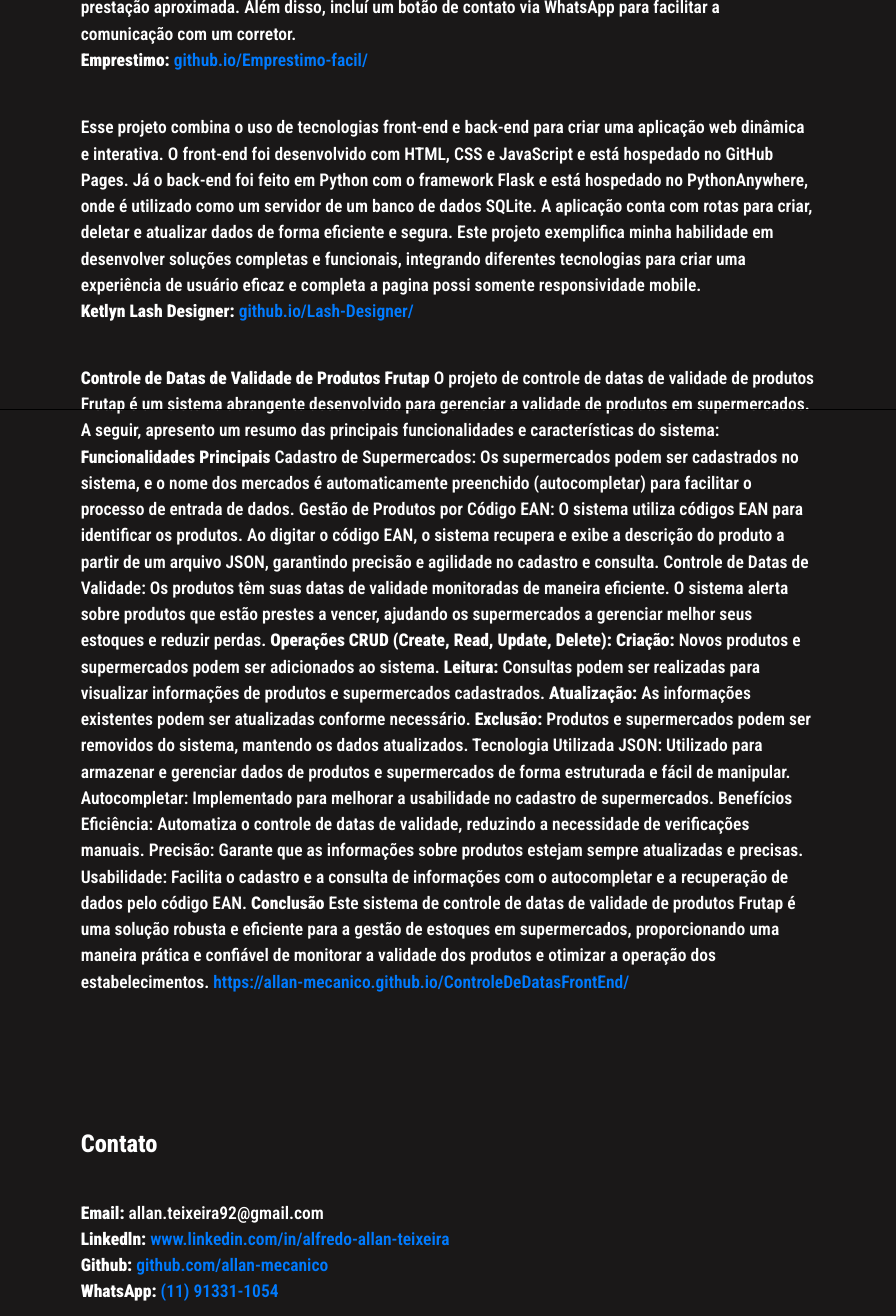
Repository: alfredo-allan/Portfolio
Page: index.html
These files come from the project's save history. The page is drawn as it stood at one moment and after the next save; the edit follows.
The browser window is 1280 px wide. The pictures show the part of the page from y = 2320 to 4240 px (the page is 4200 px tall before and 4240 px after), at 70% of full size.

Above is the page before, as saved 2024-05-26 19:09:35.

### index.html
<!DOCTYPE html>
<html lang="pt-BR">
  <head>
    <meta charset="UTF-8" />
    <meta name="viewport" content="width=device-width, initial-scale=1.0" />
    <link
      rel="stylesheet"
      href="https://stackpath.bootstrapcdn.com/bootstrap/4.1.3/css/bootstrap.min.css"
      integrity="sha384-MCw98/SFnGE8fJT3GXwEOngsV7Zt27NXFoaoApmYm81iuXoPkFOJwJ8ERdknLPMO"
      crossorigin="anonymous"
    />
    <link rel="stylesheet" href="./src/assets/styles/home.css" />
    <link
      href="https://fonts.googleapis.com/css2?family=Roboto+Condensed:ital,wght@0,100..900;1,100..900&display=swap"
      rel="stylesheet"
    />

    <title>Portfolio</title>
    <div class="foto-perfil">
      <img src="./src/assets/images/foto-perfil.jpeg" alt="Minha Foto" />
    </div>
    <div class="menu">
      <ul>
        <li><a href="#Sobre">Sobre</a></li>
        <li><a href="#Conhecimento">Conhecimento</a></li>
        <li><a href="#Contato">Contato</a></li>
        <li><a href="#Projetos">Projetos</a></li>
        <li><a href="#Atividades">Atividades Faculdade</a></li>
        <li><a href="./curriculo.html">Currículo</a></li>
      </ul>
    </div>
    <div class="container" id="Sobre">
      <h2>Sobre</h2>
      <p>
        Meu nome é Alfredo Allan, e sou um profissional dedicado e apaixonado
        por tecnologia. Possuo experiência e conhecimento em diversos cursos e
        treinamentos, tais como Shell Script, introdução ao sistema operacional
        Linux, programação para internet com JavaScript, recriação da página do
        Instagram, criação de sites com HTML5 e CSS3, Git e GitHub, estruturas
        de algoritmos, lógica e programação essencial. Além disso, também possuo
        certificações em engenharia social e phishing, e sou um usuário
        experiente de Linux. Tenho um projeto pessoal de uma página de
        empréstimo no GitHub, onde aplico meus conhecimentos e habilidades de
        programação e web design. Estou sempre em busca de aprendizado e novos
        desafios, e estou confiante de que posso contribuir de forma
        significativa para sua equipe. Estou ansioso para mostrar como minhas
        habilidades e experiências podem agregar valor à sua empresa.
      </p>
    </div>
    <div id="Conhecimento">
      <h2>Conhecimento</h2>
      <p>
        Cursando Analise e desenvolvimento de sistemas <br />
        Shell script - manipulando arquivos <br />
        Introdução ao sistema operacional linux <br />
        Programação para internet com javascritp <br />
        Recriando a pagina do instagram <br />
        Imersão front-end Alura <br />
        Introdução a criação de sites com HTML 5 E CSS3 <br />
        Introdução ao git eo github <br />
        O que são estruturas de algoritimo <br />
        Logica e programação essencial <br />
        Engenharia social e phishing <br />
      </p>
    </div>

    <div id="sistemas">
      <h2>Sistemas Operacionais</h2>
      <p>
        Como usuário de Linux, possuo conhecimento em pacotes gerenciadores como
        apt e yum, bem como em servidores Apache. Sou capaz de estabelecer
        conexões SSH, gerar chaves públicas, e possuo boas práticas no uso do
        terminal de comandos. Além disso, possuo habilidades avançadas em
        instalação e configuração de sistemas operacionais, inclusive na
        manipulação de variáveis de ambiente como o PATH. Estas competências são
        fundamentais para garantir um ambiente de trabalho eficiente e seguro.
      </p>
    </div>
    <div id="Projetos">
      <h2>Projetos</h2>
      <p>
        Desenvolvi uma página web responsiva utilizando Bootstrap 5, HTML e CSS.
        A página possui uma simulação de empréstimo, onde o usuário pode
        escolher o número de meses para financiar e ver uma prestação
        aproximada. Além disso, incluí um botão de contato via WhatsApp para
        facilitar a comunicação com um corretor. <br />
        <strong>Emprestimo:</strong
        ><a href="https://allan-mecanico.github.io/Emprestimo-facil/index.html">
          github.io/Emprestimo-facil/
        </a>
      </p>
      <p>
        Esse projeto combina o uso de tecnologias front-end e back-end para
        criar uma aplicação web dinâmica e interativa. O front-end foi
        desenvolvido com HTML, CSS e JavaScript e está hospedado no GitHub
        Pages. Já o back-end foi feito em Python com o framework Flask e está
        hospedado no PythonAnywhere, onde é utilizado como um servidor de um
        banco de dados SQLite. A aplicação conta com rotas para criar, deletar e
        atualizar dados de forma eficiente e segura. Este projeto exemplifica
        minha habilidade em desenvolver soluções completas e funcionais,
        integrando diferentes tecnologias para criar uma experiência de usuário
        eficaz e completa a pagina possi somente responsividade mobile. <br />
        <strong>Ketlyn Lash Designer:</strong
        ><a href="https://allan-mecanico.github.io/Lash-Designer/">
          github.io/Lash-Designer/
        </a>
      </p>
      <p>
        <strong>Controle de Datas de Validade de Produtos Frutap</strong>
        O projeto de controle de datas de validade de produtos Frutap é um
        sistema abrangente desenvolvido para gerenciar a validade de produtos em
        supermercados. A seguir, apresento um resumo das principais
        funcionalidades e características do sistema:

        <strong>Funcionalidades Principais</strong>
        Cadastro de Supermercados: Os supermercados podem ser cadastrados no
        sistema, e o nome dos mercados é automaticamente preenchido
        (autocompletar) para facilitar o processo de entrada de dados. Gestão de
        Produtos por Código EAN: O sistema utiliza códigos EAN para identificar
        os produtos. Ao digitar o código EAN, o sistema recupera e exibe a
        descrição do produto a partir de um arquivo JSON, garantindo precisão e
        agilidade no cadastro e consulta. Controle de Datas de Validade: Os
        produtos têm suas datas de validade monitoradas de maneira eficiente. O
        sistema alerta sobre produtos que estão prestes a vencer, ajudando os
        supermercados a gerenciar melhor seus estoques e reduzir perdas.
        <strong>Operações CRUD (Create, Read, Update, Delete):</strong>

        <strong>Criação:</strong> Novos produtos e supermercados podem ser
        adicionados ao sistema. <strong>Leitura:</strong> Consultas podem ser
        realizadas para visualizar informações de produtos e supermercados
        cadastrados. <strong>Atualização:</strong> As informações existentes
        podem ser atualizadas conforme necessário.
        <strong>Exclusão:</strong> Produtos e supermercados podem ser removidos
        do sistema, mantendo os dados atualizados. Tecnologia Utilizada JSON:
        Utilizado para armazenar e gerenciar dados de produtos e supermercados
        de forma estruturada e fácil de manipular. Autocompletar: Implementado
        para melhorar a usabilidade no cadastro de supermercados. Benefícios
        Eficiência: Automatiza o controle de datas de validade, reduzindo a
        necessidade de verificações manuais. Precisão: Garante que as
        informações sobre produtos estejam sempre atualizadas e precisas.
        Usabilidade: Facilita o cadastro e a consulta de informações com o
        autocompletar e a recuperação de dados pelo código EAN.
        <strong>Conclusão</strong>
        Este sistema de controle de datas de validade de produtos Frutap é uma
        solução robusta e eficiente para a gestão de estoques em supermercados,
        proporcionando uma maneira prática e confiável de monitorar a validade
        dos produtos e otimizar a operação dos estabelecimentos.
        <a href="https://allan-mecanico.github.io/ControleDeDatasFrontEnd/"
          >https://allan-mecanico.github.io/ControleDeDatasFrontEnd/</a
        >
      </p>
    </div>
    <div id="Atividades">
      <p>
        <a href="https://zenodo.org/records/10929316"></a>
      </p>
    </div>
    <div id="Contato">
      <h2>Contato</h2>

      <p>
        <strong>Email:</strong> allan.teixeira92@gmail.com <br />
        <strong>Linkedln:</strong
        ><a
          href="https://www.linkedin.com/in/alfredo-allan-teixeira-ba2701149/"
        >
          www.linkedin.com/in/alfredo-allan-teixeira <br
        /></a>

        <strong>Github:</strong
        ><a href="https://github.com/allan-mecanico">
          github.com/allan-mecanico<br
        /></a>
        <strong>WhatsApp:</strong
        ><a href="https://api.whatsapp.com/send?phone=5511913311054">
          (11) 91331-1054<br
        /></a>
      </p>
    </div>
  </head>
  <body>
    <script
      src="https://code.jquery.com/jquery-3.3.1.slim.min.js"
      integrity="sha384-q8i/X+965DzO0rT7abK41JStQIAqVgRVzpbzo5smXKp4YfRvH+8abtTE1Pi6jizo"
      crossorigin="anonymous"
    ></script>
    <script
      src="https://cdnjs.cloudflare.com/ajax/libs/popper.js/1.14.3/umd/popper.min.js"
      integrity="sha384-ZMP7rVo3mIykV+2+9J3UJ46jBk0WLaUAdn689aCwoqbBJiSnjAK/l8WvCWPIPm49"
      crossorigin="anonymous"
    ></script>
    <script
      src="https://stackpath.bootstrapcdn.com/bootstrap/4.1.3/js/bootstrap.min.js"
      integrity="sha384-ChfqqxuZUCnJSK3+MXmPNIyE6ZbWh2IMqE241rYiqJxyMiZ6OW/JmZQ5stwEULTy"
      crossorigin="anonymous"
    ></script>
  </body>
</html>

### src/assets/styles/home.css
:root {
  --roboto-condensed: "Roboto Condensed", sans-serif;
}

body {
  font-family: var(--roboto-condensed);
  background-color: rgb(26, 24, 24);
  background-position: center;
  background-size: cover;
}

@media (min-width: 310px) and (max-width: 480px) {
  body {
    background-image: url("../images/git-img.jpg");
    background-repeat: no-repeat;
    background-attachment: fixed;
  }
}

.menu ul {
  font-size: 1.5rem;
  font-weight: 600;
  margin-top: -14%;
  margin-right: 4%;
  text-align: right;
  list-style: none;
  li {
    margin-right: 12px;
    display: inline-block;
  }
}

@media only screen and (min-width: 310px) and (max-width: 450px) {
  .menu ul {
    font-weight: 1000;
    text-align: left;
    margin-top: -45%;
    padding: 20%;
    margin-left: 40%;
    font-size: 20px;
  }
}

.foto-perfil {
  margin-top: 1%;
  margin-left: 8%;
  width: 200px;
  height: 200px;
  border-radius: 50%;
  overflow: hidden;
}

.foto-perfil img {
  width: 100%;
  height: 100%;
  object-fit: cover;
}

@media only screen and (min-width: 310px) and (max-width: 450px) {
  .foto-perfil {
    width: 80px;
    height: 80px;
    margin-left: 10%;
    margin-top: 7%;
  }
}

#Sobre {
  color: white;
  margin-top: 20%;
  margin-left: 9%;
  h2 {
    font-weight: 1000;
    font-size: 35px;
    font-weight: 800;
  }
  p {
    font-weight: 300;
    margin-top: 5%;
    font-size: 25px;
    font-family: var(--roboto-condensed);
    width: 100%; /* Define a largura desejada */
    font-weight: 600;
  }
}

@media only screen and (min-width: 310px) and (max-width: 450px) {
  #Sobre {
    margin-left: -1%;
    margin-top: -10%;
    h2 {
      color: white;
      font-size: 22px;
      font-weight: 800;
    }
    p {
      color: white;
      margin-top: 5%;
      font-size: 18px;
      font-family: var(--roboto-condensed);
      width: 100%; /* Define a largura desejada */
      font-weight: 350;
    }
  }
}

#Conhecimento {
  color: white;
  margin-top: 15%;
  margin-left: 9%;
  h2 {
    font-size: 35px;
    font-weight: 800;
  }
  p {
    margin-top: 5%;
    font-size: 25px;
    font-family: var(--roboto-condensed);
    width: 90%; /* Define a largura desejada */
    font-weight: 600;
  }
}

@media only screen and (min-width: 310px) and (max-width: 450px) {
  #Conhecimento {
    margin-left: 1%;
    margin-top: 35%;
    h2 {
      color: white;
      font-size: 22px;
      font-weight: 800;
    }
    p {
      color: white;
      margin-top: 5%;
      font-size: 18px;
      font-family: var(--roboto-condensed);
      width: 100%; /* Define a largura desejada */
      font-weight: 350;
    }
  }
}
#sistemas {
  color: white;
  margin-top: 15%;
  margin-left: 9%;
  h2 {
    font-size: 35px;
    font-weight: 800;
  }
  p {
    margin-top: 5%;
    font-size: 25px;
    font-family: var(--roboto-condensed);
    width: 90%; /* Define a largura desejada */
    font-weight: 600;
  }
}

@media only screen and (min-width: 310px) and (max-width: 450px) {
  #sistemas {
    margin-left: -0%;
    margin-top: 20%;
    h2 {
      font-size: 22px;
      font-weight: 800;
    }
    p {
      margin-top: 5%;
      font-size: 18px;
      font-family: var(--roboto-condensed);
      width: 100%; /* Define a largura desejada */
      font-weight: 350;
    }
  }
}

#Projetos {
  color: white;
  margin-top: 15%;
  margin-left: 9%;
  h2 {
    font-size: 35px;
    font-weight: 800;
  }
  p {
    margin-top: 5%;
    font-size: 25px;
    font-family: var(--roboto-condensed);
    width: 90%; /* Define a largura desejada */
    font-weight: 600;
  }
}

@media only screen and (min-width: 310px) and (max-width: 450px) {
  #Projetos {
    margin-left: -0%;
    margin-top: 25%;
    h2 {
      font-size: 22px;
      font-weight: 800;
    }
    p {
      color: white;
      margin-top: 5%;
      font-size: 18px;
      font-family: var(--roboto-condensed);
      width: 100%; /* Define a largura desejada */
      font-weight: 350;
    }
  }
}

#Contato {
  color: white;
  margin-top: 15%;
  margin-left: 9%;
  h2 {
    font-size: 35px;
    font-weight: 800;
  }
  p {
    margin-top: 5%;
    font-size: 25px;
    font-family: var(--roboto-condensed);
    width: 90%; /* Define a largura desejada */
    font-weight: 600;
  }
}

@media only screen and (min-width: 310px) and (max-width: 450px) {
  #Contato {
    margin-top: 25%;
    margin-left: 0%;
    h2 {
      font-size: 22px;
      font-weight: 800;
    }
    p {
      width: 100%;
      margin-top: 5%;
      font-size: 18px;
      font-family: var(--roboto-condensed);
      font-weight: 350;
    }
  }
}

After the next save:
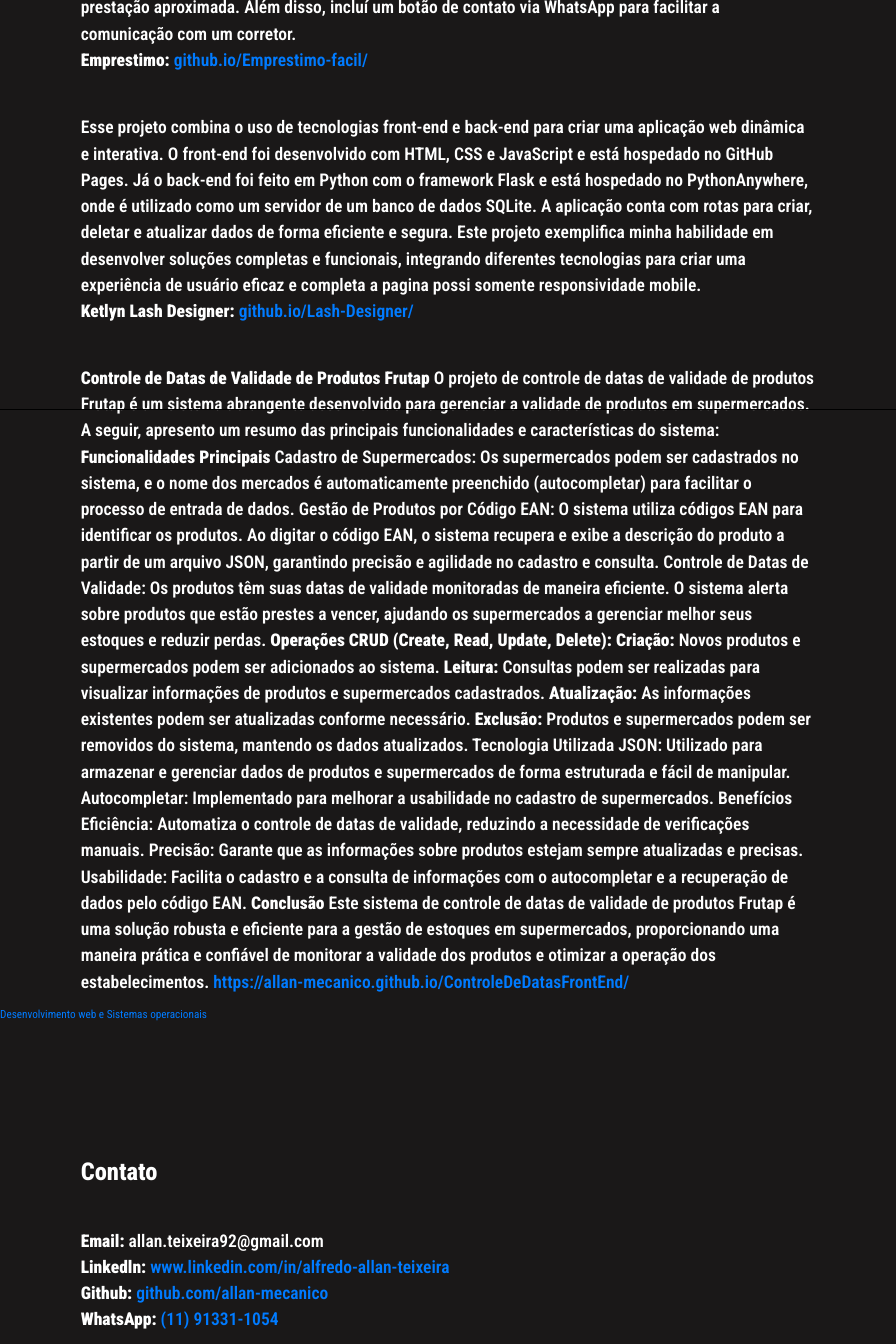
Saved 23 s later.
--- a/index.html
+++ b/index.html
@@ -152,7 +152,7 @@
     </div>
     <div id="Atividades">
       <p>
-        <a href="https://zenodo.org/records/10929316"></a>
+        <a href="https://zenodo.org/records/10929316">Desenvolvimento web e Sistemas operacionais</a>
       </p>
     </div>
     <div id="Contato">
